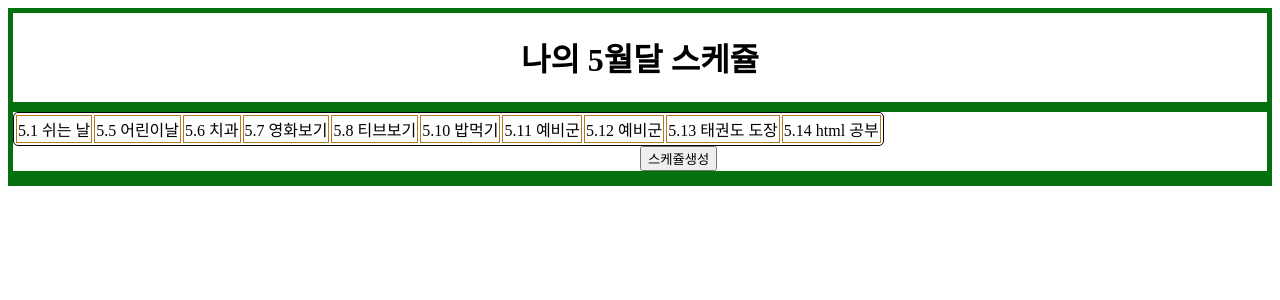
Repository: yeojeonghyeon/sixth
Page: java/ScriptWorld/WebContent/ui/Table.html
These files come from the project's save history. The page is drawn as it stood at one moment and after a run of saves; the edit follows.
The browser window is 1280 px wide. The pictures show the whole page.
After loading, the first visible `#createBtn` was clicked once.

Above is the page before, as saved 2019-04-25 06:37:20.

After the next 2 saves:
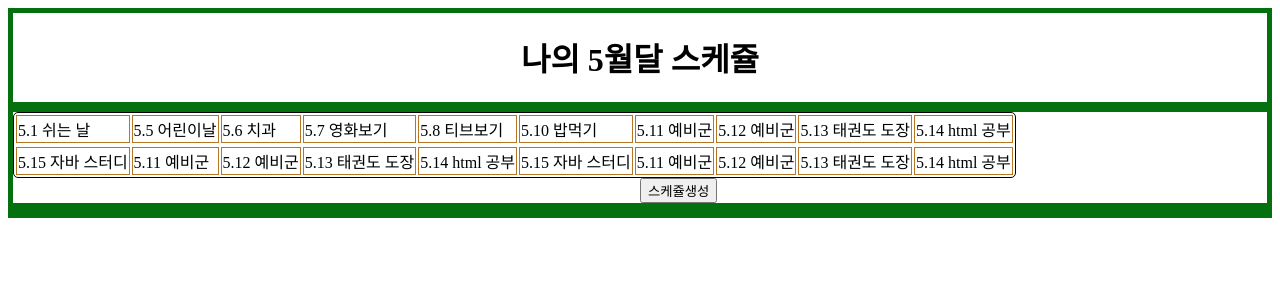
The 2 saves are shown as one change because they came seconds apart.
The last was saved 79 s later.
--- a/java/ScriptWorld/WebContent/ui/Table.html
+++ b/java/ScriptWorld/WebContent/ui/Table.html
@@ -44,9 +44,10 @@ document.addEventListener("DOMContentLoaded", function(){
 				if ( i==0 ) trArr.push(trObj); // i가 0일 때 한번만 실행
 				if(i!=0 && i%10==0){//11, 21, 31, 41
 					if ( isFirst ){
-						trArr.push(trObj);
 						isFirst = false;
+						trObj = document.createElement("tr");
 					}
+					trArr.push(trObj);
 					trObj = document.createElement("tr");
 				}
 				tdObj = document.createElement("td");
